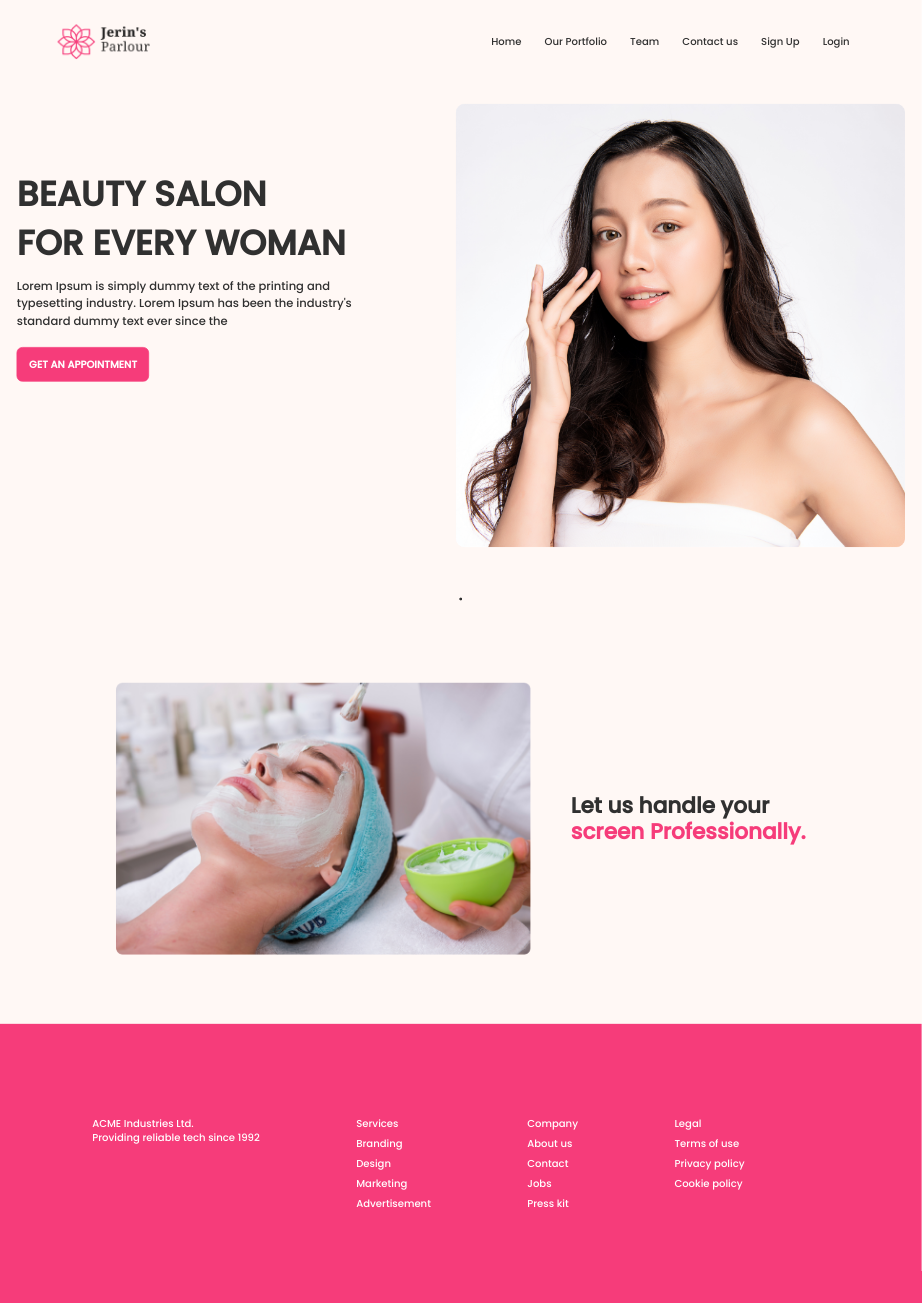
Repository: Wahid137/jerins-parlour-client
Page: /
An editor plug-in stored every save of this project. The page is shown before and after the next save, followed by the edit.
The browser window is 1280 px wide. The pictures show the whole page, at 72% of full size.
The page's requests for data from a server got no answer. The project was rebuilt for these pictures with package versions that can differ from the ones it lists, and the page was loaded fresh each time. No one was signed in, and anything a server would have sent is missing. Also part of the build but not shown: src/App.css, src/Pages/Home/Services/ServicesCard.js.

Above is the page before, as saved 2023-07-16 04:25:58.

After the next save:
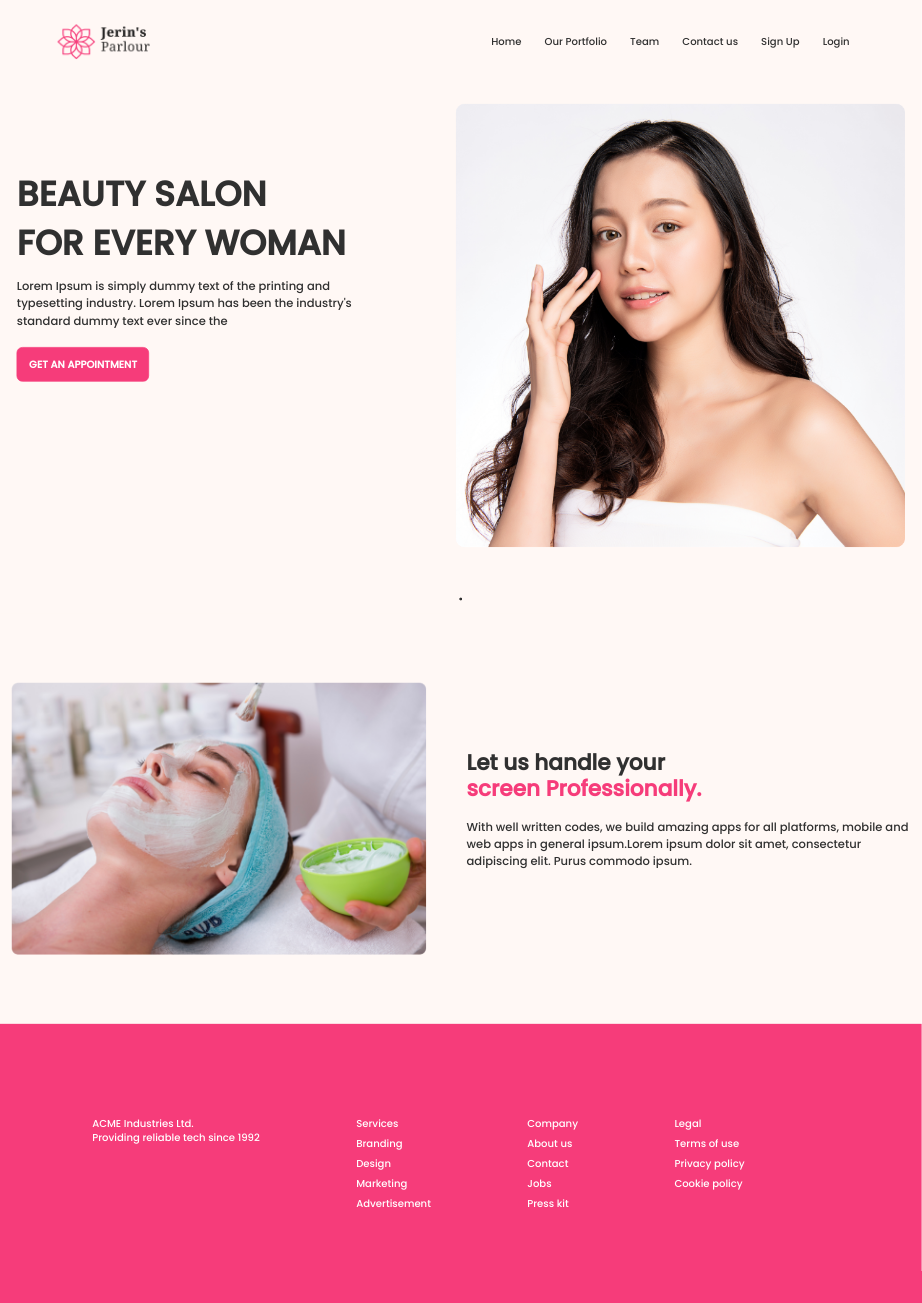
Saved 42 s later.
--- a/src/Pages/Home/Screen/Screen.js
+++ b/src/Pages/Home/Screen/Screen.js
@@ -8,7 +8,7 @@ const Screen = () => {
                 <img src={face} className="max-w-xl rounded-lg" alt="" />
                 <div className='lg:w-1/2 ms-10'>
                     <h1 className="text-3xl font-semibold">Let us handle your <br /><span className='text-primary'>screen Professionally.</span></h1>
-
+                    <p className="py-6">With well written codes, we build amazing apps for all platforms, mobile and web apps in general ipsum.Lorem ipsum dolor sit amet, consectetur adipiscing elit. Purus commodo ipsum.</p>
                 </div>
             </div>
         </div>
